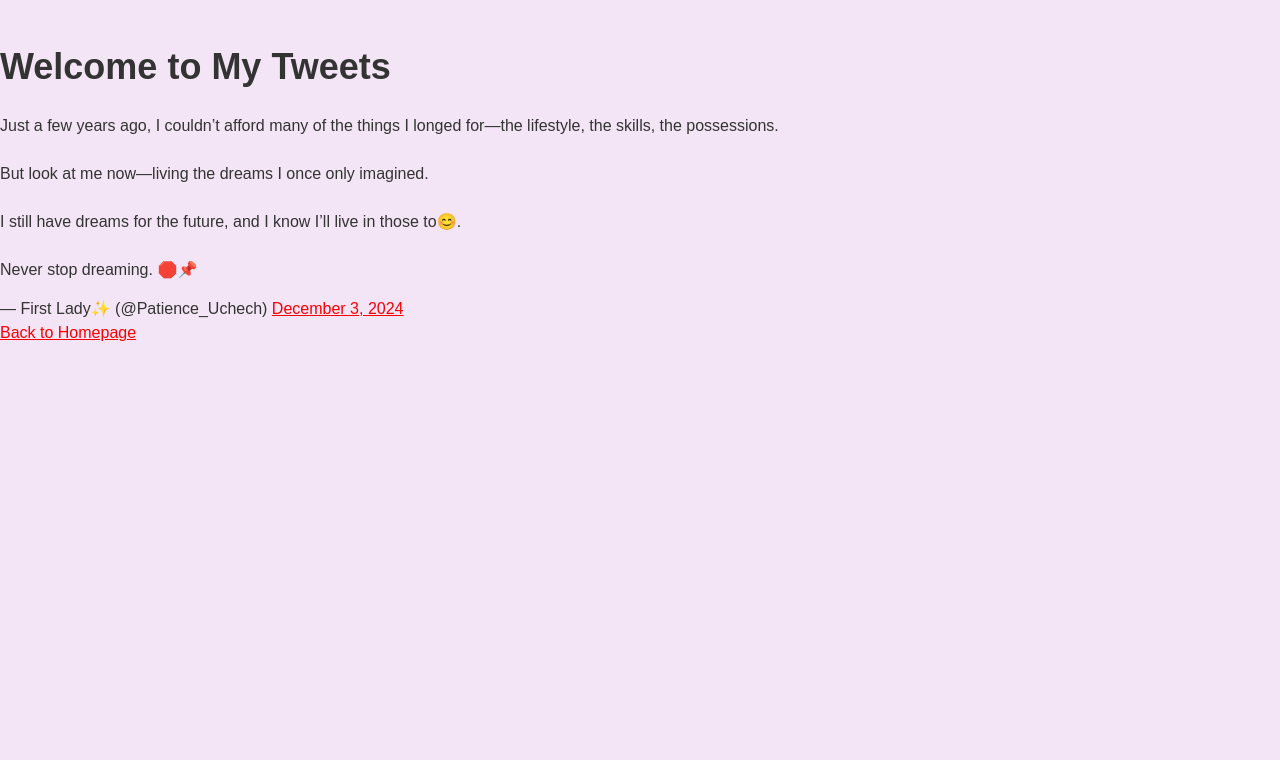
Repository: Patience225/My_First_Portfolio
Page: html_basic/tweets.html
An editor plug-in stored every save of this project. The page is shown before and after the next save, followed by the edit.
The browser window is 1280 px wide. The pictures show the whole page.

Above is the page before, as saved 2024-12-22 06:41:27.

After the next save:
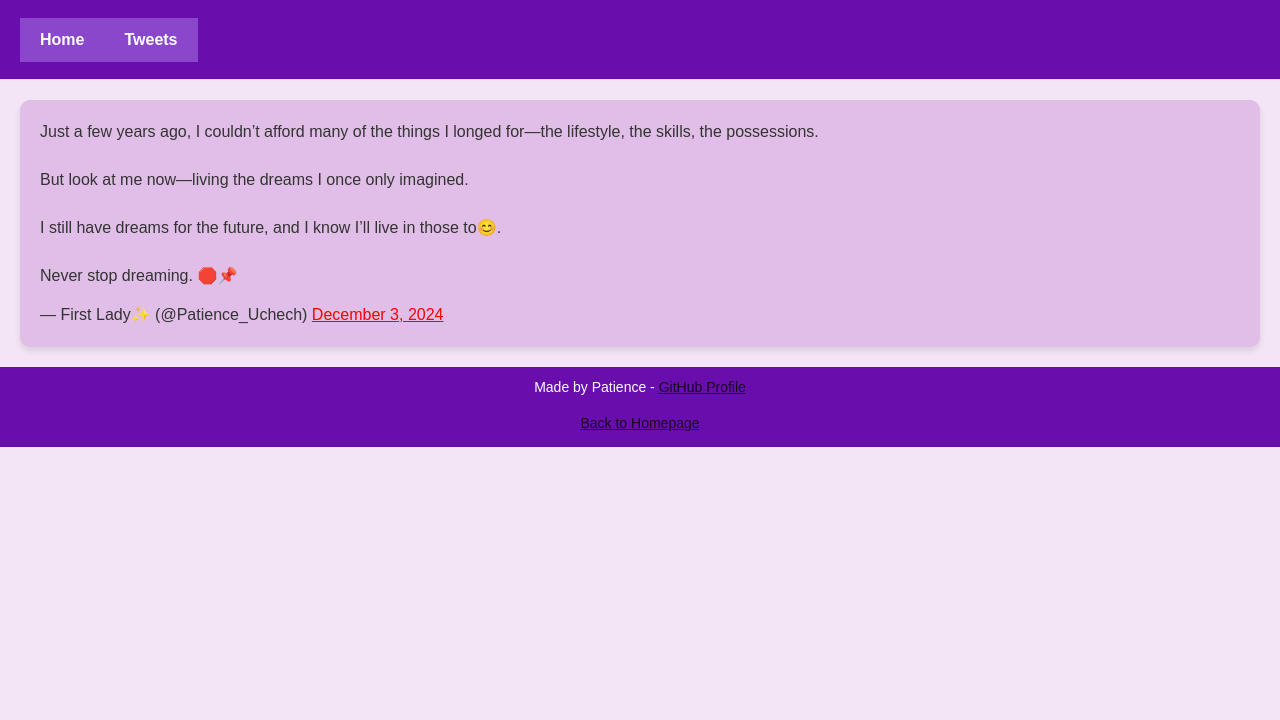
Saved 18 min 5 s later.
--- a/html_basic/tweets.html
+++ b/html_basic/tweets.html
@@ -8,18 +8,32 @@
     <link href="../css_basic/styles.css" rel="stylesheet">
 </head>
 <body>
-    <h1>Welcome to My Tweets</h1>
-    <blockquote class="twitter-tweet">
-        <p lang="en" dir="ltr">
-            Just a few years ago, I couldn’t afford many of the things I longed for—the lifestyle, the skills, the possessions.<br><br>
-            But look at me now—living the dreams I once only imagined.<br><br>
-            I still have dreams for the future, and I know I’ll live in those to😊.<br><br>
-            Never stop dreaming. 🛑📌
-        </p>
-        &mdash; First Lady✨ (@Patience_Uchech)
-        <a href="https://twitter.com/Patience_Uchech/status/1863800680617541974?ref_src=twsrc%5Etfw">December 3, 2024</a>
-    </blockquote>
-    <script async src="https://platform.twitter.com/widgets.js" charset="utf-8"></script>
-    <a href="index.html">Back to Homepage</a>
+    <header>
+        <nav>
+            <ul>
+                <li><a href="index.html">Home</a></li>
+                <li><a href="tweets.html">Tweets</a></li>
+            </ul>
+        </nav>
+    </header>
+    <main>
+        <article>
+            <blockquote class="twitter-tweet">
+                <p lang="en" dir="ltr">
+                    Just a few years ago, I couldn’t afford many of the things I longed for—the lifestyle, the skills, the possessions.<br><br>
+                    But look at me now—living the dreams I once only imagined.<br><br>
+                    I still have dreams for the future, and I know I’ll live in those to😊.<br><br>
+                    Never stop dreaming. 🛑📌
+                </p>
+                &mdash; First Lady✨ (@Patience_Uchech)
+                <a href="https://twitter.com/Patience_Uchech/status/1863800680617541974?ref_src=twsrc%5Etfw">December 3, 2024</a>
+            </blockquote>
+            <script async src="https://platform.twitter.com/widgets.js" charset="utf-8"></script>
+        </article>
+    </main>
+    <footer>
+        <p>Made by Patience - <a href="https://github.com/Patience225" target="_blank">GitHub Profile</a></p>
+        <a href="index.html">Back to Homepage</a>
+    </footer>
 </body>
 </html>
